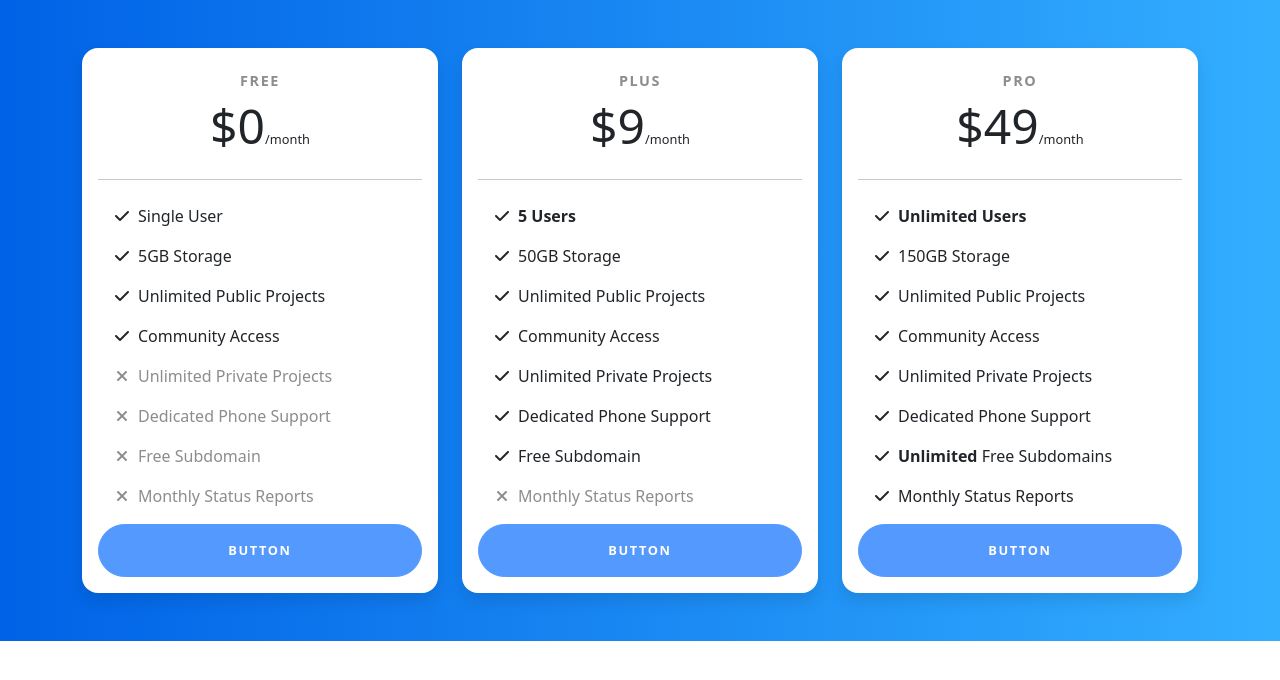
Repository: muzthy8/price-card
Page: /
These files come from the project's save history. The page is drawn as it stood at one moment and after the next save; the edit follows.
The browser window is 1280 px wide. The pictures show the whole page.
Some web libraries are served in a nearby version. The project was rebuilt for these pictures with package versions that can differ from the ones it lists, and the page was loaded fresh each time.

Above is the page before, as saved 2023-06-23 09:08:22.

### public/index.html
<!DOCTYPE html>
<html lang="en">
  <head>
    <meta charset="utf-8" />
    <link rel="icon" href="%PUBLIC_URL%/favicon.ico" />
    <meta name="viewport" content="width=device-width, initial-scale=1" />
    <meta name="theme-color" content="#000000" />
    <meta
      name="description"
      content="Web site created using create-react-app"
    />
    <link rel="apple-touch-icon" href="%PUBLIC_URL%/logo192.png" />
    <!--
      manifest.json provides metadata used when your web app is installed on a
      user's mobile device or desktop. See https://developers.google.com/web/fundamentals/web-app-manifest/
    -->
    <link rel="manifest" href="%PUBLIC_URL%/manifest.json" />
    <!--
      Notice the use of %PUBLIC_URL% in the tags above.
      It will be replaced with the URL of the `public` folder during the build.
      Only files inside the `public` folder can be referenced from the HTML.

      Unlike "/favicon.ico" or "favicon.ico", "%PUBLIC_URL%/favicon.ico" will
      work correctly both with client-side routing and a non-root public URL.
      Learn how to configure a non-root public URL by running `npm run build`.
    -->
    <link href="https://cdn.jsdelivr.net/npm/bootstrap@5.3.0/dist/css/bootstrap.min.css" rel="stylesheet" integrity="sha384-9ndCyUaIbzAi2FUVXJi0CjmCapSmO7SnpJef0486qhLnuZ2cdeRhO02iuK6FUUVM" crossorigin="anonymous">
    <!-- <link rel="stylesheet" href="https://cdnjs.cloudflare.com/ajax/libs/font-awesome/6.4.0/css/all.min.css" integrity="sha512-iecdLmaskl7CVkqkXNQ/ZH/XLlvWZOJyj7Yy7tcenmpD1ypASozpmT/E0iPtmFIB46ZmdtAc9eNBvH0H/ZpiBw==" crossorigin="anonymous" referrerpolicy="no-referrer" /> -->
    <title>Price Card</title>
  </head>
  <body>
    <noscript>You need to enable JavaScript to run this app.</noscript>
    <div id="root"></div>
    <!--
      This HTML file is a template.
      If you open it directly in the browser, you will see an empty page.

      You can add webfonts, meta tags, or analytics to this file.
      The build step will place the bundled scripts into the <body> tag.

      To begin the development, run `npm start` or `yarn start`.
      To create a production bundle, use `npm run build` or `yarn build`.
    -->
    <script src="https://kit.fontawesome.com/9fec16f909.js" crossorigin="anonymous"></script>
  </body>
</html>

### src/App.js

function App() {
  return <>
  <section className="pricing py-5">
  <div className="container">
    <div className="row">
      {/* <!-- Free Tier --> */}
      <div className="col-lg-4">
        <div className="card mb-5 mb-lg-0">
          <div className="card-body">
            <h5 className="card-title text-muted text-uppercase text-center">Free</h5>
            <h6 className="card-price text-center">$0<span className="period">/month</span></h6>
            <hr/>
            <ul className="fa-ul">
              <li><span className="fa-li"><i className="fas fa-check"></i></span>Single User</li>
              <li><span className="fa-li"><i className="fas fa-check"></i></span>5GB Storage</li>
              <li><span className="fa-li"><i className="fas fa-check"></i></span>Unlimited Public Projects</li>
              <li><span className="fa-li"><i className="fas fa-check"></i></span>Community Access</li>
              <li className="text-muted"><span className="fa-li"><i className="fas fa-times"></i></span>Unlimited
                Private Projects</li>
              <li className="text-muted"><span className="fa-li"><i className="fas fa-times"></i></span>Dedicated
                Phone Support</li>
              <li className="text-muted"><span className="fa-li"><i className="fas fa-times"></i></span>Free Subdomain
              </li>
              <li className="text-muted"><span className="fa-li"><i className="fas fa-times"></i></span>Monthly Status
                Reports</li>
            </ul>
            <div className="d-grid">
              <a href="javascript(void)" className="btn btn-primary text-uppercase">Button</a>
            </div>
          </div>
        </div>
      </div>
      {/* <!-- Plus Tier --> */}
      <div className="col-lg-4">
        <div className="card mb-5 mb-lg-0">
          <div className="card-body">
            <h5 className="card-title text-muted text-uppercase text-center">Plus</h5>
            <h6 className="card-price text-center">$9<span className="period">/month</span></h6>
            <hr/>
            <ul className="fa-ul">
              <li><span className="fa-li"><i className="fas fa-check"></i></span><strong>5 Users</strong></li>
              <li><span className="fa-li"><i className="fas fa-check"></i></span>50GB Storage</li>
              <li><span className="fa-li"><i className="fas fa-check"></i></span>Unlimited Public Projects</li>
              <li><span className="fa-li"><i className="fas fa-check"></i></span>Community Access</li>
              <li><span className="fa-li"><i className="fas fa-check"></i></span>Unlimited Private Projects</li>
              <li><span className="fa-li"><i className="fas fa-check"></i></span>Dedicated Phone Support</li>
              <li><span className="fa-li"><i className="fas fa-check"></i></span>Free Subdomain</li>
              <li className="text-muted"><span className="fa-li"><i className="fas fa-times"></i></span>Monthly Status
                Reports</li>
            </ul>
            <div className="d-grid">
              <a href="javascript(void)" className="btn btn-primary text-uppercase">Button</a>
            </div>
          </div>
        </div>
      </div>
      {/* <!-- Pro Tier --> */}
      <div className="col-lg-4">
        <div className="card">
          <div className="card-body">
            <h5 className="card-title text-muted text-uppercase text-center">Pro</h5>
            <h6 className="card-price text-center">$49<span className="period">/month</span></h6>
            <hr/>
            <ul className="fa-ul">
              <li><span className="fa-li"><i className="fas fa-check"></i></span><strong>Unlimited Users</strong>
              </li>
              <li><span className="fa-li"><i className="fas fa-check"></i></span>150GB Storage</li>
              <li><span className="fa-li"><i className="fas fa-check"></i></span>Unlimited Public Projects</li>
              <li><span className="fa-li"><i className="fas fa-check"></i></span>Community Access</li>
              <li><span className="fa-li"><i className="fas fa-check"></i></span>Unlimited Private Projects</li>
              <li><span className="fa-li"><i className="fas fa-check"></i></span>Dedicated Phone Support</li>
              <li><span className="fa-li"><i className="fas fa-check"></i></span><strong>Unlimited</strong> Free
                Subdomains</li>
              <li><span className="fa-li"><i className="fas fa-check"></i></span>Monthly Status Reports</li>
            </ul>
            <div className="d-grid">
              <a href="javascript(void)" className="btn btn-primary text-uppercase">Button</a>
            </div>
          </div>
        </div>
      </div>
    </div>
  </div>
</section>
  </>
}

export default App;

### src/card.js
import React from 'react'

function card() {
  return <>
  {/* <!-- Free Tier --> */}
  <div className="col-lg-4">
        <div className="card mb-5 mb-lg-0">
          <div className="card-body">
            <h5 className="card-title text-muted text-uppercase text-center">Free</h5>
            <h6 className="card-price text-center">$0<span className="period">/month</span></h6>
            <hr/>
            <ul className="fa-ul">
              <li><span className="fa-li"><i className="fas fa-check"></i></span>Single User</li>
              <li><span className="fa-li"><i className="fas fa-check"></i></span>5GB Storage</li>
              <li><span className="fa-li"><i className="fas fa-check"></i></span>Unlimited Public Projects</li>
              <li><span className="fa-li"><i className="fas fa-check"></i></span>Community Access</li>
              <li className="text-muted"><span className="fa-li"><i className="fas fa-times"></i></span>Unlimited
                Private Projects</li>
              <li className="text-muted"><span className="fa-li"><i className="fas fa-times"></i></span>Dedicated Phone Support</li>
              <li className="text-muted"><span className="fa-li"><i className="fas fa-times"></i></span>Free Subdomain
              </li>
              <li className="text-muted"><span className="fa-li"><i className="fas fa-times"></i></span>Monthly Status Reports</li>
            </ul>
            <div className="d-grid">
              <a href="javascript(void)" className="btn btn-primary text-uppercase">Button</a>
            </div>
          </div>
        </div>
      </div>
  </>
}

export default card

Loaded but not shown: src/index.js (common file); src/index.css (common file)

After the next save:
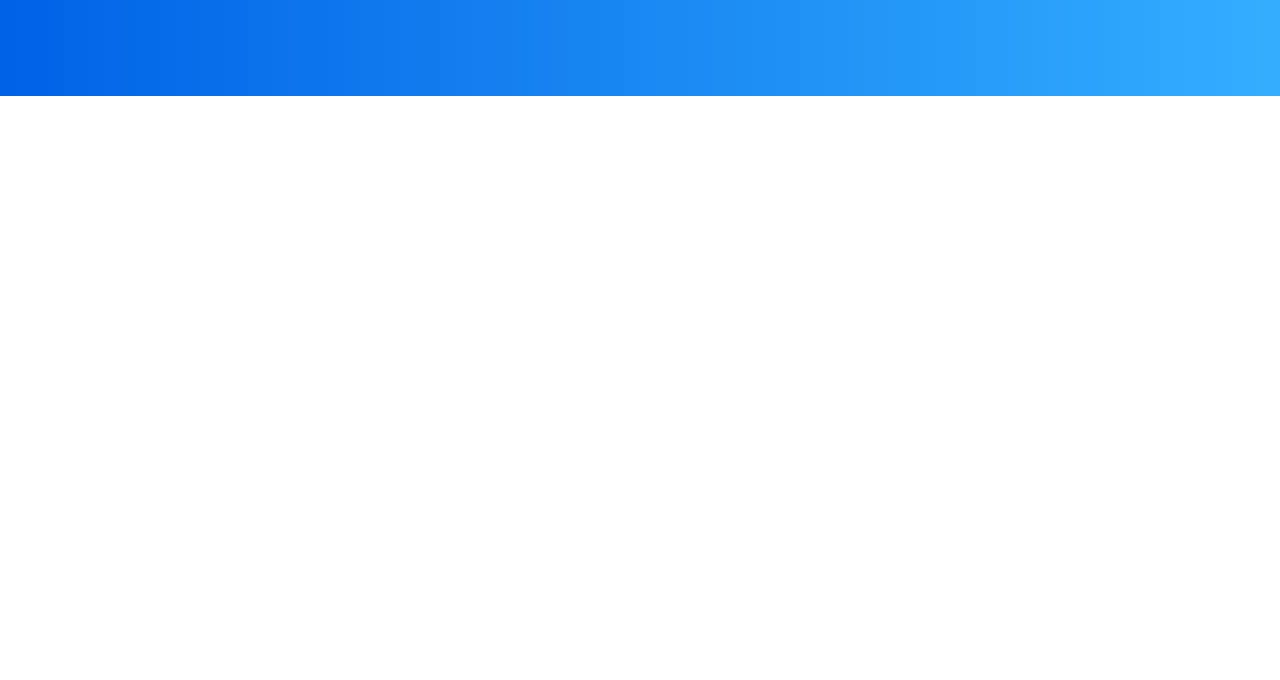
Saved 10 min 3 s later.
--- a/src/App.js
+++ b/src/App.js
@@ -1,87 +1,12 @@
-
+import Card from "./Card"
 function App() {
   return <>
   <section className="pricing py-5">
   <div className="container">
     <div className="row">
-      {/* <!-- Free Tier --> */}
-      <div className="col-lg-4">
-        <div className="card mb-5 mb-lg-0">
-          <div className="card-body">
-            <h5 className="card-title text-muted text-uppercase text-center">Free</h5>
-            <h6 className="card-price text-center">$0<span className="period">/month</span></h6>
-            <hr/>
-            <ul className="fa-ul">
-              <li><span className="fa-li"><i className="fas fa-check"></i></span>Single User</li>
-              <li><span className="fa-li"><i className="fas fa-check"></i></span>5GB Storage</li>
-              <li><span className="fa-li"><i className="fas fa-check"></i></span>Unlimited Public Projects</li>
-              <li><span className="fa-li"><i className="fas fa-check"></i></span>Community Access</li>
-              <li className="text-muted"><span className="fa-li"><i className="fas fa-times"></i></span>Unlimited
-                Private Projects</li>
-              <li className="text-muted"><span className="fa-li"><i className="fas fa-times"></i></span>Dedicated
-                Phone Support</li>
-              <li className="text-muted"><span className="fa-li"><i className="fas fa-times"></i></span>Free Subdomain
-              </li>
-              <li className="text-muted"><span className="fa-li"><i className="fas fa-times"></i></span>Monthly Status
-                Reports</li>
-            </ul>
-            <div className="d-grid">
-              <a href="javascript(void)" className="btn btn-primary text-uppercase">Button</a>
-            </div>
-          </div>
-        </div>
-      </div>
-      {/* <!-- Plus Tier --> */}
-      <div className="col-lg-4">
-        <div className="card mb-5 mb-lg-0">
-          <div className="card-body">
-            <h5 className="card-title text-muted text-uppercase text-center">Plus</h5>
-            <h6 className="card-price text-center">$9<span className="period">/month</span></h6>
-            <hr/>
-            <ul className="fa-ul">
-              <li><span className="fa-li"><i className="fas fa-check"></i></span><strong>5 Users</strong></li>
-              <li><span className="fa-li"><i className="fas fa-check"></i></span>50GB Storage</li>
-              <li><span className="fa-li"><i className="fas fa-check"></i></span>Unlimited Public Projects</li>
-              <li><span className="fa-li"><i className="fas fa-check"></i></span>Community Access</li>
-              <li><span className="fa-li"><i className="fas fa-check"></i></span>Unlimited Private Projects</li>
-              <li><span className="fa-li"><i className="fas fa-check"></i></span>Dedicated Phone Support</li>
-              <li><span className="fa-li"><i className="fas fa-check"></i></span>Free Subdomain</li>
-              <li className="text-muted"><span className="fa-li"><i className="fas fa-times"></i></span>Monthly Status
-                Reports</li>
-            </ul>
-            <div className="d-grid">
-              <a href="javascript(void)" className="btn btn-primary text-uppercase">Button</a>
-            </div>
-          </div>
-        </div>
-      </div>
-      {/* <!-- Pro Tier --> */}
-      <div className="col-lg-4">
-        <div className="card">
-          <div className="card-body">
-            <h5 className="card-title text-muted text-uppercase text-center">Pro</h5>
-            <h6 className="card-price text-center">$49<span className="period">/month</span></h6>
-            <hr/>
-            <ul className="fa-ul">
-              <li><span className="fa-li"><i className="fas fa-check"></i></span><strong>Unlimited Users</strong>
-              </li>
-              <li><span className="fa-li"><i className="fas fa-check"></i></span>150GB Storage</li>
-              <li><span className="fa-li"><i className="fas fa-check"></i></span>Unlimited Public Projects</li>
-              <li><span className="fa-li"><i className="fas fa-check"></i></span>Community Access</li>
-              <li><span className="fa-li"><i className="fas fa-check"></i></span>Unlimited Private Projects</li>
-              <li><span className="fa-li"><i className="fas fa-check"></i></span>Dedicated Phone Support</li>
-              <li><span className="fa-li"><i className="fas fa-check"></i></span><strong>Unlimited</strong> Free
-                Subdomains</li>
-              <li><span className="fa-li"><i className="fas fa-check"></i></span>Monthly Status Reports</li>
-            </ul>
-            <div className="d-grid">
-              <a href="javascript(void)" className="btn btn-primary text-uppercase">Button</a>
-            </div>
-          </div>
-        </div>
-      </div>
+
     </div>
-  </div>
+    </div>
 </section>
   </>
 }

After the save that followed:
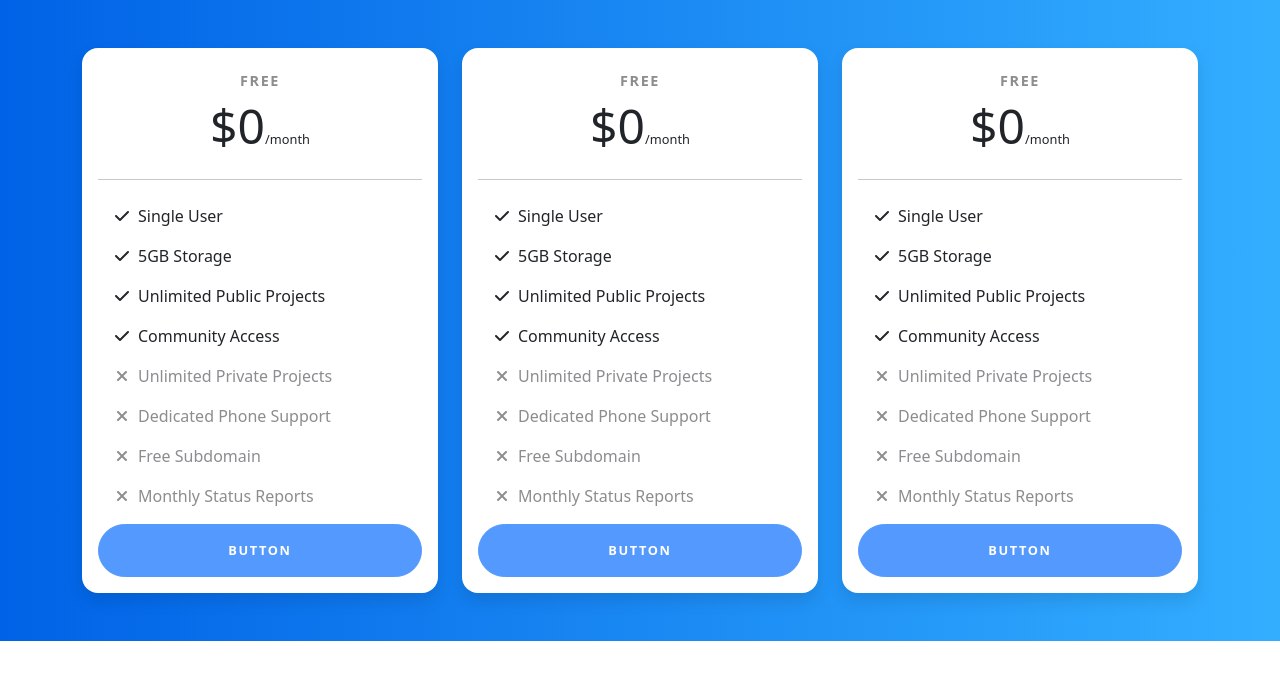
Saved 2 min 34 s later.
--- a/src/App.js
+++ b/src/App.js
@@ -1,10 +1,14 @@
-import Card from "./Card"
+
+import Card from "./Card";
+
 function App() {
   return <>
   <section className="pricing py-5">
   <div className="container">
     <div className="row">
-
+          <Card/>
+          <Card/>
+          <Card/>
     </div>
     </div>
 </section>
